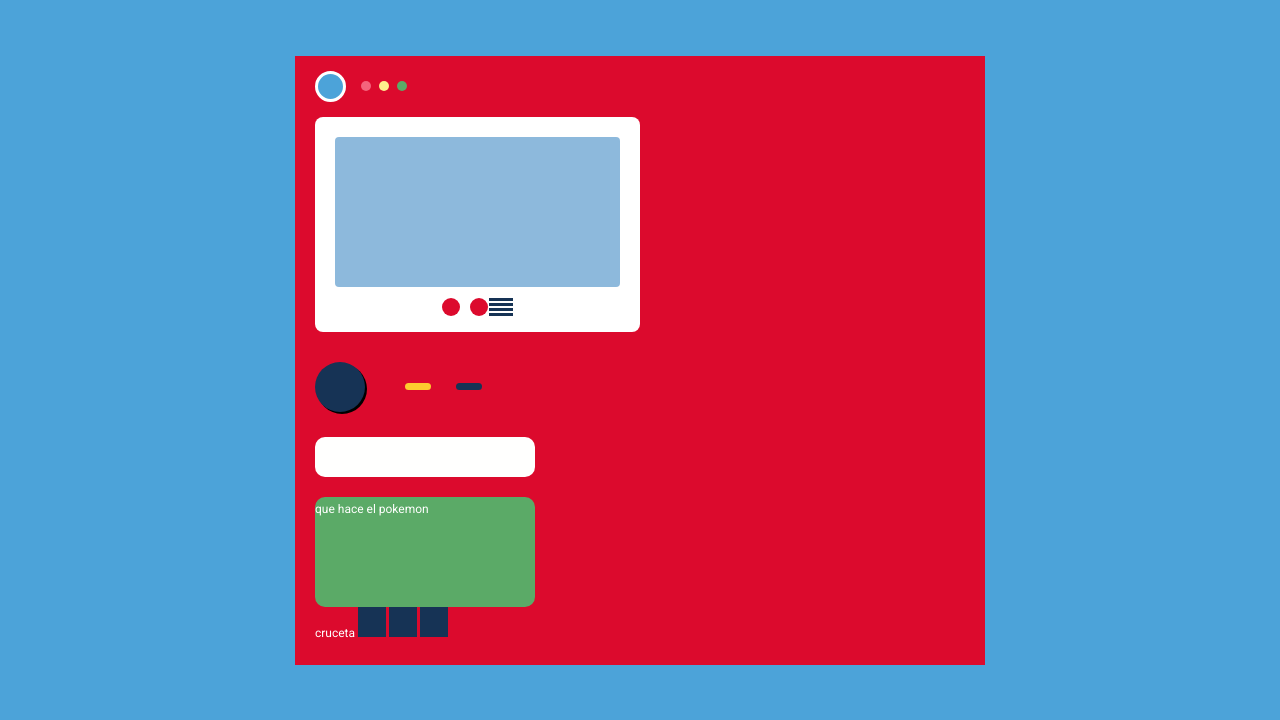
Repository: darkmantiz2/pokedex
Page: index.html
These files come from the project's save history. The page is drawn as it stood at one moment and after the next save; the edit follows.
The browser window is 1280 px wide. The pictures show the whole page.

Above is the page before, as saved 2022-01-25 15:54:03.

After the next save:
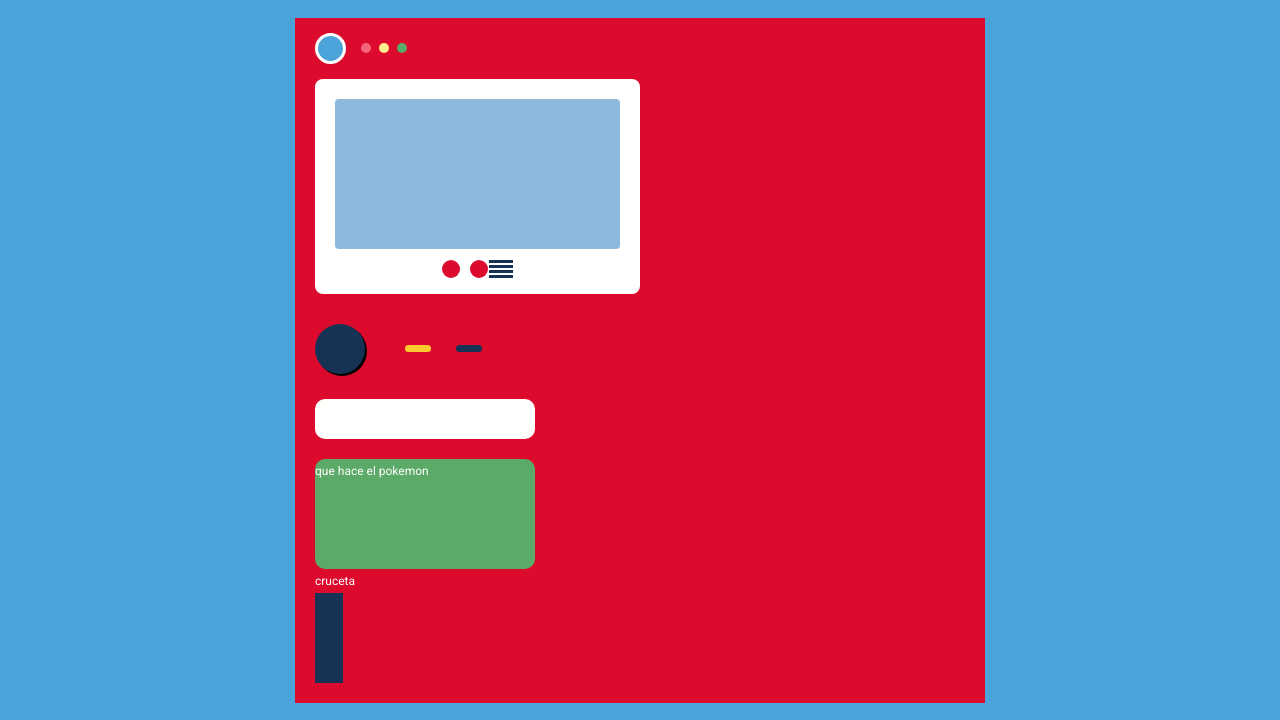
Saved 2 min 22 s later.
--- a/css/index.css
+++ b/css/index.css
@@ -191,6 +191,10 @@
   border-radius: 10px;
 }
 
+.pokedex-select-button{
+  display: inline-grid;
+}
+
 .pokedex-select-button-up{
   display: inline-block;
   width: 28px;
